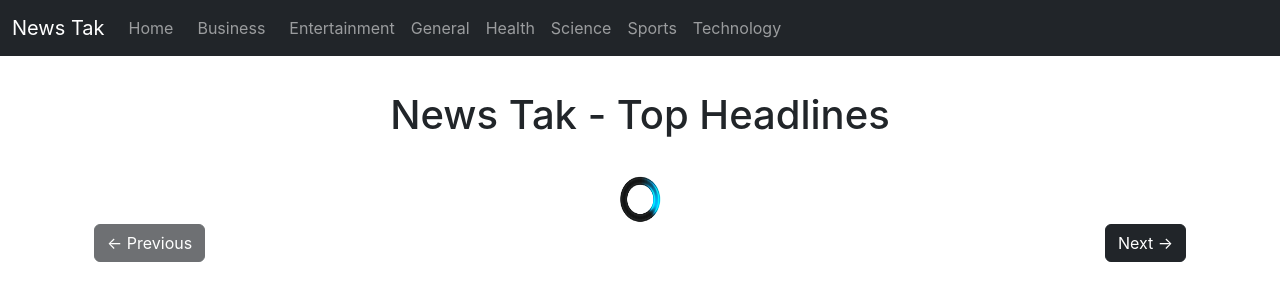
Repository: Rohit-foryou/News-website
Page: /
The author's editor kept a copy of each file at every save. The page is drawn from the files as they stood at one save, then again after the next save.
The browser window is 1280 px wide. The pictures show the whole page.
The page's requests for data from a server got no answer. The project was rebuilt for these pictures with package versions that can differ from the ones it lists, and the page was loaded fresh each time. No one was signed in, and anything a server would have sent is missing. Also part of the build but not shown: src/Components/NewsItem.js.

Above is the page before, as saved 2024-01-10 22:38:43.

### public/index.html
<!DOCTYPE html>
<html lang="en">
  <head>
    <meta charset="utf-8" />
    <link rel="icon" href="%PUBLIC_URL%/favicon.ico" />
    <meta name="viewport" content="width=device-width, initial-scale=1" />
    <meta name="theme-color" content="#000000" />
    <meta
      name="description"
      content="News Tak is used to see latest news fast and easy"
    />
    <link rel="apple-touch-icon" href="%PUBLIC_URL%/logo192.png" />
    <!--
      manifest.json provides metadata used when your web app is installed on a
      user's mobile device or desktop. See https://developers.google.com/web/fundamentals/web-app-manifest/
    -->
    <link rel="manifest" href="%PUBLIC_URL%/manifest.json" />
    <!--
      Notice the use of %PUBLIC_URL% in the tags above.
      It will be replaced with the URL of the `public` folder during the build.
      Only files inside the `public` folder can be referenced from the HTML.

      Unlike "/favicon.ico" or "favicon.ico", "%PUBLIC_URL%/favicon.ico" will
      work correctly both with client-side routing and a non-root public URL.
      Learn how to configure a non-root public URL by running `npm run build`.
    -->
    <title>News Tak</title>
    <link href="https://cdn.jsdelivr.net/npm/bootstrap@5.3.2/dist/css/bootstrap.min.css" rel="stylesheet" integrity="sha384-T3c6CoIi6uLrA9TneNEoa7RxnatzjcDSCmG1MXxSR1GAsXEV/Dwwykc2MPK8M2HN" crossorigin="anonymous">
  </head>
  <body>
    <noscript>You need to enable JavaScript to run this app.</noscript>
    <div id="root"></div>
    <!--
      This HTML file is a template.
      If you open it directly in the browser, you will see an empty page.

      You can add webfonts, meta tags, or analytics to this file.
      The build step will place the bundled scripts into the <body> tag.

      To begin the development, run `npm start` or `yarn start`.
      To create a production bundle, use `npm run build` or `yarn build`.
    -->
    <script src="https://cdn.jsdelivr.net/npm/bootstrap@5.3.2/dist/js/bootstrap.bundle.min.js" integrity="sha384-C6RzsynM9kWDrMNeT87bh95OGNyZPhcTNXj1NW7RuBCsyN/o0jlpcV8Qyq46cDfL" crossorigin="anonymous"></script>
  </body>
</html>

### src/App.js
import React, { Component } from 'react';
import NavBar from './Components/NavBar';
import News from './Components/News';
import {
  BrowserRouter,
  Route,
  Routes,
} from "react-router-dom";

export class App extends Component {
  pageSize=9;
  render() {
    return (
      <div>
        <BrowserRouter>
          <NavBar />
          <Routes>
            <Route exact path='/' element={<News key="general"pageSize={this.pageSize} country='in' category='general' />} />
            <Route exact path='/business' element={<News key="business"pageSize={this.pageSize} country='in' category='business' />} />
            <Route exact path='/entertainment' element={<News key="entertainment"pageSize={this.pageSize} country='in' category='entertainment' />} />
            <Route exact path='/general' element={<News key="general"pageSize={this.pageSize} country='in' category='general' />} />
            <Route exact path='/health' element={<News key="health"pageSize={this.pageSize} country='in' category='health' />} />
            <Route exact path='/science' element={<News key="science"pageSize={this.pageSize} country='in' category='science' />} />
            <Route exact path='/sports' element={<News key="sports"pageSize={this.pageSize} country='in' category='sports' />} />
            <Route exact path='/technology' element={<News key="technology"pageSize={this.pageSize} country='in' category='technology' />} />
          </Routes>
        </BrowserRouter>
      </div>
    );
  }
}

export default App;

### src/Components/NavBar.js
import React, { Component } from "react";
import {Link} from "react-router-dom";

export default class NavBar extends Component {
  render() {
    return (
      <div>
        <nav className="navbar navbar-expand-lg navbar-dark bg-dark">
          <div className="container-fluid">
            <Link className="navbar-brand" to="/">
              News Tak
            </Link>
            <button
              className="navbar-toggler"
              type="button"
              data-bs-toggle="collapse"
              data-bs-target="#navbarSupportedContent"
              aria-controls="navbarSupportedContent"
              aria-expanded="false"
              aria-label="Toggle navigation"
            >
              <span className="navbar-toggler-icon"></span>
            </button>
            <div
              className="collapse navbar-collapse"
              id="navbarSupportedContent"
            >
              <ul className="navbar-nav me-auto mb-2 mb-lg-0">
                <li className="nav-item">
                  <Link className="nav-link" aria-current="page" to="/">
                    Home
                  </Link>
                </li>
                <li className="nav-item mx-2">
                  <Link className="nav-link" to="/business">
                    Business
                  </Link>
                </li>
                <li className="nav-item">
                  <Link className="nav-link" to="/entertainment">
                    Entertainment
                  </Link>
                </li>
                <li className="nav-item">
                  <Link className="nav-link" to="/general">
                    General
                  </Link>
                </li>
                <li className="nav-item">
                  <Link className="nav-link" to="/health">
                    Health
                  </Link>
                </li>
                <li className="nav-item">
                  <Link className="nav-link" to="/science">
                    Science
                  </Link>
                </li>
                <li className="nav-item">
                  <Link className="nav-link" to="/sports">
                    Sports
                  </Link>
                </li>
                <li className="nav-item">
                  <Link className="nav-link" to="/technology">
                    Technology
                  </Link>
                </li>
              </ul>
            </div>
          </div>
        </nav>
      </div>
    );
  }
}

### src/Components/News.js
import React, { Component } from "react";
import NewsItem from "./NewsItem";
import Spinner from "./Spinner";
import PropTypes from 'prop-types'


export class News extends Component {

  static defaultProps = {
    country: 'in',
    pageSize: 8,
    category: 'general',
  }

  static propTypes = {
    country: PropTypes.string,
    pageSize: PropTypes.number,
    category: PropTypes.string,
  }

  constructor() {
    super();
    // console.log("hello i am constructor");
    this.state = {
      articles: [],
      loading: false,
      page: 1,
    };
  }


  async componentDidMount() {
    let url =
      `https://newsapi.org/v2/top-headlines?country=${this.props.country}&category=${this.props.category}&apiKey=fa3dbec13bb44cd2a222250b4aea8871&page=1&pageSize=${this.props.pageSize}`;
      this.setState({loading: true});
    let data = await fetch(url);
    let parsedData = await data.json();
    console.log(parsedData);
    this.setState({
        articles: parsedData.articles, totalResults: parsedData.totalResults, loading: false });
  }

  handleNextClick = async () => {
    if(!(this.state.page + 1 >Math.ceil(this.state.totalResults/this.props.pageSize))){
        let url = `https://newsapi.org/v2/top-headlines?country=${this.props.country}&category=${this.props.category}&apiKey=fa3dbec13bb44cd2a222250b4aea8871&page=${this.state.page + 1}&pageSize=${this.props.pageSize}`;

        this.setState({loading: true});
        let data = await fetch(url);
        let parsedData = await data.json();
        console.log(parsedData);

        this.setState({
          page: this.state.page + 1,
          articles: parsedData.articles,
          loading: false
        });

    }
  };


  handlePrevClick = async () => {
    let url = `https://newsapi.org/v2/top-headlines?country=${this.props.country}&category=${this.props.category}&apiKey=fa3dbec13bb44cd2a222250b4aea8871&page=${this.state.page - 1}&pageSize=${this.props.pageSize}`;

      this.setState({loading: true});
      let data = await fetch(url);
      let parsedData = await data.json();
      console.log(parsedData);

      this.setState({
        page: this.state.page - 1,
        articles: parsedData.articles,
        loading: false,
      });
  };


  render() {
    return (
      <div className="container my-3">
        <h1 className="text-center" style={{margin: '35px 0px'}}>News Tak - Top Headlines</h1>
        {this.state.loading && <Spinner/>}

        <div className="row">
          {!this.state.loading && this.state.articles.map((element) => {
            return (
              <div className="col-md-4" key={element.url}>
                <NewsItem
                  title={element.title ? element.title.slice(0, 45) : ""}
                  description={
                    element.description ? element.description.slice(0, 83) : ""
                  }
                  imgUrl={element.urlToImage}
                  newsUrl={element.url}
                  author={element.author}
                  date={element.publishedAt}
                  source={element.source.name}
                />
              </div>
            );
          })}
        </div>
        <div className="container d-flex justify-content-between">
          <button
            disabled={this.state.page <= 1}
            type="button"
            className="btn btn-dark"
            onClick={this.handlePrevClick}
          >
            &larr; Previous
          </button>
          <button
            disabled={this.state.page + 1 >Math.ceil(this.state.totalResults/this.props.pageSize)}
            type="button"
            className="btn btn-dark"
            onClick={this.handleNextClick}
          >
            Next &rarr;
          </button>
        </div>
      </div>
    );
  }
}

export default News;

### src/Components/Spinner.js
import React, { Component } from 'react';
import loading from './loading.gif';

export default class Spinner extends Component {
  render() {
    return (
      <div className='text-center'>
        <img src={loading} alt="loading" style={{ width: '50px', height: '50px' }} />
      </div>
    );
  }
}

Loaded but not shown: src/index.js (common file); src/index.css (common file); src/reportWebVitals.js (common file)

After the next save:
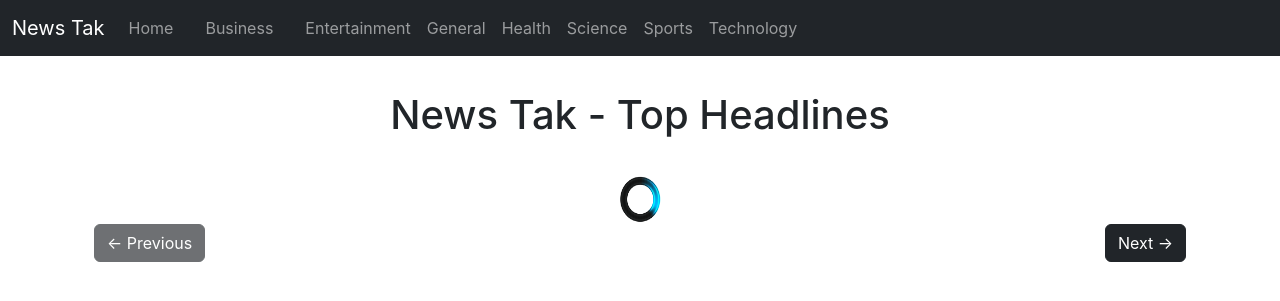
Saved 11 s later.
--- a/src/Components/NavBar.js
+++ b/src/Components/NavBar.js
@@ -31,7 +31,7 @@ export default class NavBar extends Component {
                     Home
                   </Link>
                 </li>
-                <li className="nav-item mx-2">
+                <li className="nav-item mx-3">
                   <Link className="nav-link" to="/business">
                     Business
                   </Link>
